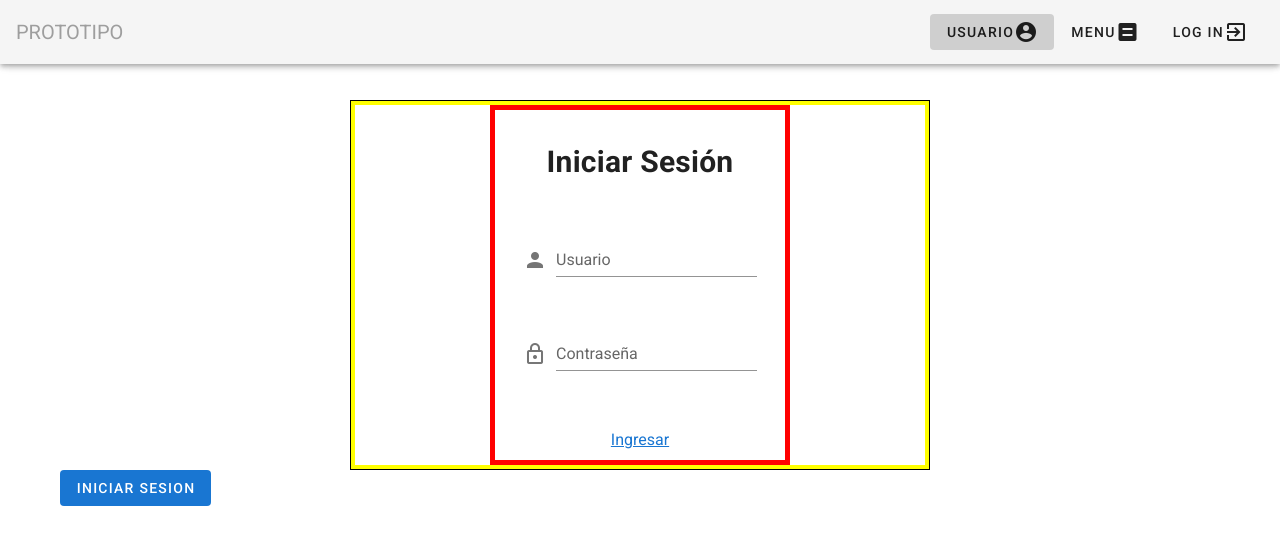
Repository: YojayDeHorta/Administrador-con-filtros
Page: /
An editor plug-in stored every save of this project. The page is shown before and after a run of saves, followed by the edit.
The browser window is 1280 px wide. The pictures show the whole page.
The project was rebuilt for these pictures with package versions that can differ from the ones it lists, and the page was loaded fresh each time. Also part of the build but not shown: vue.config.js, src/components/Login.vue, src/views/Options.vue, src/components/Filtro.vue, src/components/CrudClientes.vue, src/views/Filter.vue.

Above is the page before, as saved 2021-09-25 16:57:44.

### public/index.html
<!DOCTYPE html>
<html lang="en">

<head>
    <meta charset="utf-8">
    <meta http-equiv="X-UA-Compatible" content="IE=edge">
    <meta name="viewport" content="width=device-width,initial-scale=1.0">
    <link rel="icon" href="<%= BASE_URL %>favicon.ico">
    <title>
        <%= htmlWebpackPlugin.options.title %>
    </title>
    <link rel="stylesheet" href="https://fonts.googleapis.com/css?family=Roboto:100,300,400,500,700,900">
    <link rel="stylesheet" href="https://cdn.jsdelivr.net/npm/@mdi/font@latest/css/materialdesignicons.min.css">
</head>

<body>
    <noscript>
        <strong>We're sorry but
            <%= htmlWebpackPlugin.options.title %> doesn't work properly without JavaScript enabled. Please enable it to continue.</strong>
    </noscript>
    <div id="app"></div>
    <!-- built files will be auto injected -->
</body>

</html>

### src/main.js
import Vue from 'vue'
import App from './App.vue'
import router from './router'
import store from './store'
import vuetify from './plugins/vuetify'
import axios from 'axios'
import VueAxios from 'vue-axios'

Vue.use(VueAxios, axios)

//lenguaje

Vue.config.productionTip = false
/*
new Vue({
  router,
  store,
  vuetify,
  render: h => h(App)
}).$mount('#app')*/

new Vue({
  router,
  store,
  vuetify,
  render: h => h(App),
  /*created() {
    // Prevent blank screen in Electron builds
    this.$router.push('/')
  }*/
}).$mount('#app')

### src/App.vue
<template>
  <v-app>
    <Navbar :adminVerification="adminVerification" @escuchar="cambioAdmin"></Navbar>
  <v-main>
    <!-- <Crud :adminVerification="adminVerification" ></Crud> -->

      <router-view/>
  </v-main>
  </v-app>
</template>

<script>
import Navbar from './components/Navbar';
export default {
  name: 'App',
  components: {
    Navbar,

  },mounted() {
    this.adminLocal()
  },
  data: () => ({
    drawer:false,
    adminVerification:false
  }),
  methods: {
    cambioAdmin(value){
      console.log("valor del padre"+value);
      this.adminVerification=value;

    },
    adminLocal(){
      if (sessionStorage.getItem("Admin")!=null) {
          this.adminVerification=localStorage.getItem("Admin")
      }
    }
  }
};
</script>

### src/router/index.js
import Vue from 'vue'
import VueRouter from 'vue-router'
import Login from '../views/Login.vue'
import Options from '../views/Options.vue'
import Filter from '../views/Filter.vue'

Vue.use(VueRouter)

const routes = [
  {
    path: '/',
    name: 'Login',
    component: Login
  },
  {
    path: '/options',
    name: 'Options',
    component: Options
  },
  {
    path: '/filter',
    name: 'Filter',
      // route level code-splitting
    // this generates a separate chunk (about.[hash].js) for this route
    // which is lazy-loaded when the route is visited.
    component: Filter
  },
  {
    path: '/cruds',
    name: 'Cruds',
    component: () => import(/* webpackChunkName: "about" */ '../views/Cruds.vue')
  }
]

const router = new VueRouter({
  mode: 'history',
  base: process.env.BASE_URL,
  routes
})

export default router

### src/components/Navbar.vue
<template>
    <v-container>
        <!-- navbar para la app -->
        <v-app-bar app>
            <!-- <v-app-bar-nav-icon @click="drawer= !drawer"></v-app-bar-nav-icon> -->
            <v-btn @click="$router.go(-1)" v-if="isNotLogin" exact text class="gray">
                <v-icon>mdi-arrow-left-circle</v-icon>
                <!-- <span>Volver</span> -->
            </v-btn>
            <v-toolbar-title class="text-uppercase grey--text">
                Prototipo
            </v-toolbar-title>
            <v-spacer></v-spacer>
            <!-- <v-btn text class="success mr-5">ingreso</v-btn> -->
            <v-btn :to="{name: 'Login'}" exact text class="gray">
                <span>Usuario</span>
                <v-icon>mdi-account-circle</v-icon>
            </v-btn>
            <v-btn :to="{name: 'Options'}" exact text class="gray">
                <span>Menu</span>
                <v-icon>mdi-equal-box</v-icon>
            </v-btn>
            <v-btn text @click="dialogAdmin=true" v-if="!adminVerification" class="gray">
                <span>Log in</span>
                <v-icon>mdi-login-variant </v-icon>
            </v-btn>
            <v-btn text @click="logout()" v-else class="gray">
                <span>Log out</span>
                <v-icon>mdi-home-export-outline </v-icon>
            </v-btn>
            <v-btn text @click="logout()" v-else class="gray">
                <span>Log out</span>
                <v-icon>mdi-home-export-outline </v-icon>
            </v-btn>
        </v-app-bar>
        <v-navigation-drawer app v-model="drawer" temporary>
            <v-list-item>
                <v-list-item-content>
                    <v-list-item-title class="text-h6">
                        vuetify
                    </v-list-item-title>
                    <v-list-item-subtitle>
                        prueba de modulos con vue
                    </v-list-item-subtitle>
                </v-list-item-content>
            </v-list-item>
            <v-divider></v-divider>
            <v-list nav dense>
                <v-list-item-group active-class="deep-purple--text text--accent-4">
                    <v-list-item :to="{name: 'Cruds'}">
                        <v-list-item-icon>
                            <v-icon>mdi-file-table</v-icon>
                        </v-list-item-icon>
                        <v-list-item-title>Crud</v-list-item-title>
                    </v-list-item>
                </v-list-item-group>
            </v-list>
        </v-navigation-drawer>
        <!-- dialog administrador -->
        <v-dialog v-model="dialogAdmin" max-width="500px">
            <v-card>
                <v-form @submit.prevent="submitAdmin">
                    <v-card-title><span class="text-h5">Iniciar sesion</span></v-card-title>
                    <v-card-text>
                        <v-container>
                            <v-row>
                                <v-col cols="12">
                                    <v-text-field v-model="admin.user" label="Usuario"></v-text-field>
                                </v-col>
                            </v-row>
                            <v-row>
                                <v-col cols="12">
                                    <v-text-field type="password" v-model="admin.pass" label="Password"></v-text-field>
                                </v-col>
                            </v-row>
                        </v-container>
                    </v-card-text>
                    <v-card-actions>
                        <v-spacer></v-spacer>
                        <v-btn color="red darken-1" text @click="dialogAdmin=false"> Cancelar </v-btn>
                        <v-btn color="blue darken-1" type="submit" text> Guardar </v-btn>
                    </v-card-actions>
                </v-form>
            </v-card>
        </v-dialog>
        <!-- SNACKBAR PARA LOS MENSAJES -->
        <v-snackbar v-model="snackbar">
            {{ mensaje }}
            <v-btn color="error" class="ml-5" @click="snackbar = false">cerrar</v-btn>
        </v-snackbar>
    </v-container>
</template>
<script>
import axios from 'axios'
var url = "http://localhost:3000/api/admin"

export default {
    name: 'Navbar',
    props: {
        adminVerification: null
    },
    data() {
        return {
            drawer: false,
            //dialog y datos para el admin
            dialogAdmin: false,
            admin: {
                user: '',
                pass: ''
            },
            //codigo del snackbar para mensajes
            snackbar: false,
            mensaje: '',
        }
    },
    methods: {
        async submitAdmin() {
            let res = await axios.post(url, this.admin)
            if (res.data) {
                this.$emit('escuchar', true)
                sessionStorage.setItem("Admin", true);
                this.admin.user = ''
                this.admin.pass = ''
                this.dialogAdmin = false
                this.snackbar = true
                this.mensaje = 'login realizado correctamente'
            } else {
                this.snackbar = true,
                    this.mensaje = 'error - usuario o contraseña incorrecta'
            }
        },
        logout() {
            this.$emit('escuchar', false)
            sessionStorage.removeItem('Admin')
            this.snackbar = true
            this.mensaje = 'cerrado de sesion realizado correctamente'
        },
        //para el volver

    },
    computed: {
        hasHistory() {
            this.historial = window.history.length
            console.log(this.historial);

            if (this.historial > 2) {
                return this.historial
            }
            return this.historial
        },
        isNotLogin() {
            return this.$route.name !== 'Login'
        }
    }
}
</script>
<style>
.caminos {
    background: red;
}
</style>

### src/views/Login.vue
<template>
    <v-container>
        <Tabs></Tabs>
        <v-btn :to="{name: 'Options'}" exact text class="primary"><span>Iniciar sesion</span></v-btn>
    </v-container>
</template>
<script>
import Tabs from '../components/Tabs_Login.vue';
export default {
    name: 'Home',

    components: {
      Tabs
    },
}
</script>

### src/components/Tabs_Login.vue
<template>
    <div class="Marco text-center">
        <!---
        <h1 class="Titulo text-center font-weight-bold text-h2 basil--text mt-5">
            BIENVENIDO<br>
            <v-icon class="Filtrar" style="font-size:100px">mdi-account-circle</v-icon>
        </h1>
    -->
        <section class="Marco-Login d-flex justify-center">
            <!--
            <v-card class="form-login" height="400px" style="width:400px">
            -->
            <v-form class="form-login text-center" @submit.prevent="submitAdmin">
                <v-card-title class="title d-flex justify-center" align="center">
                    <h2 style="width:200px" class="Titulo text-center mt-5">Iniciar Sesión</h2>
                </v-card-title>
                <v-card-text>
                    <v-container>
                        <br>
                        <v-row>
                            <v-col cols="12">
                                <v-text-field prepend-icon="mdi-account" label="Usuario"></v-text-field>
                            </v-col>
                        </v-row>
                        <v-row>
                            <v-col cols="12">
                                <v-text-field type="password" prepend-icon="mdi-lock-outline" label="Contraseña">
                                </v-text-field>
                            </v-col>
                        </v-row>
                    </v-container>
                </v-card-text>
                <v-card-actions class="d-flex justify-center">
                    <!--
                                         <v-btn x-large color="primary" type="submit"> Ingresar </v-btn>
                                    -->

                    <router-link to="/options">Ingresar</router-link>



                </v-card-actions>
            </v-form>
            <!--
            </v-card>
        -->
        </section>

    </div>
</template>
<style>
    .Titulo {
        /*border: 5px solid red;*/
        margin: auto;
        width: 100%;
    }

    .Marco {
        border: 1px solid black;
        width: 50%;
        margin: auto;
        /*background-color: grey;*/
    }

    .form-login {
        border: 5px solid red;
        width: 300px;
    }


    .Marco-Login {
        border: 4px solid yellow;
        margin: auto;
    }


</style>
<script>
    import Login from '../components/Login.vue';

    //import Sign from '../components/Registro.vue';
    export default {
        components: {
            Login,

        },
        data() {
            return {
                //tab: null,
                //num: 2,
                //items: [
                  //  'Inicio Sesion', 'Registro'
                //]
            }
        }
    }
</script>

Loaded but not shown: src/store/index.js (common file); src/plugins/vuetify.js (common file)

After the next 2 saves:
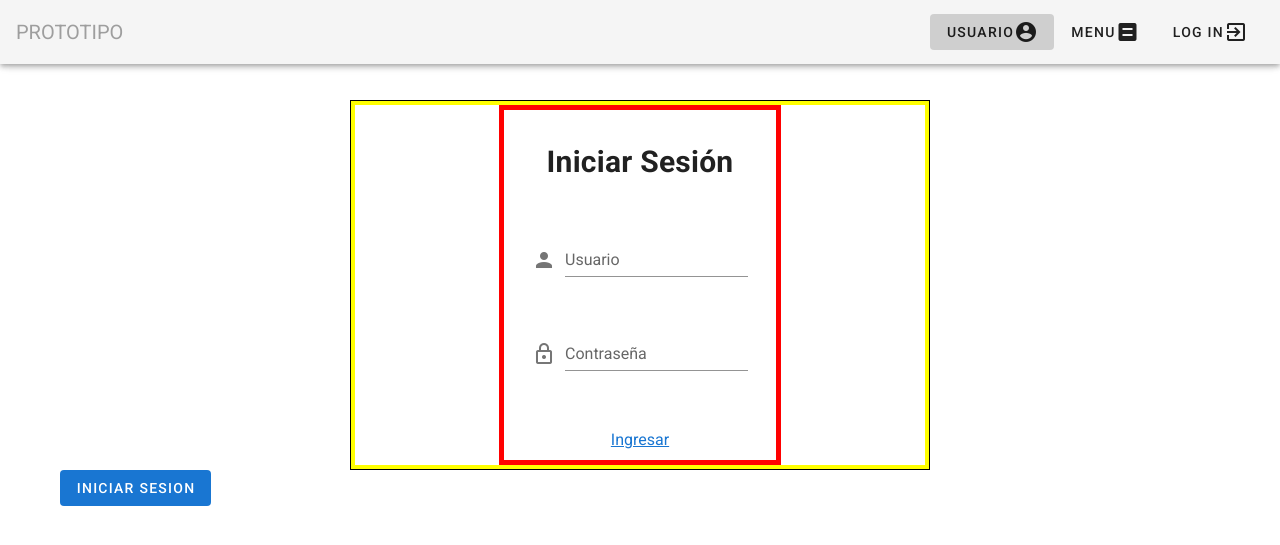
The 2 saves are shown as one change because they came seconds apart.
The last was saved 13 s later.
--- a/src/components/Tabs_Login.vue
+++ b/src/components/Tabs_Login.vue
@@ -64,7 +64,7 @@
 
     .form-login {
         border: 5px solid red;
-        width: 300px;
+        /*width: 300px;*/
     }
 
 
